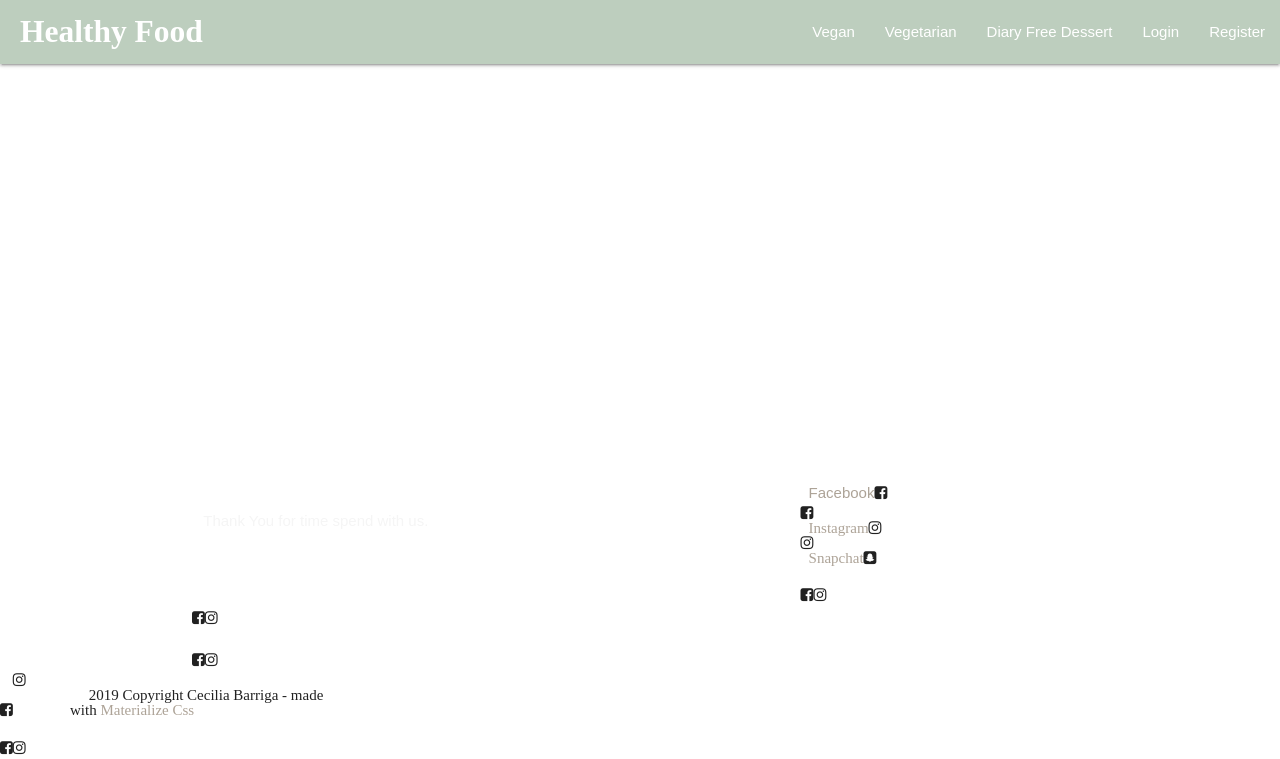
Repository: cesole/cookbook
Page: http://localhost/dessert
The author's editor kept a record of every edit. The page is drawn from the files as they stood at one moment, then again after the next edit.
The browser window is 1280 px wide. The pictures show the whole page.
Some web fonts or font styles are not loaded; a fallback is used. The page is served by the project's application, run on Flask 3 (app.py). Queries for data that is not in the repository find no rows.

Above is the page before.

### templates/dessert.html
{% extends 'base.html'%}
{% block content %}
<div class="container-fluid back">
    <div class="container">
        <div class="row meals">
            {% for meal in meals %}
            {% if meal.category_name == "dessert" %}
            <div class="col s12 m4">
                <div class="card">
                    <div class="card-image">
                        <img src="{{ meal.image }}">
                        <span class="card-title"><strong>{{ meal.dish_name }}</strong></span>
                        <a href="{{url_for('recipe', meal_id=meal._id)}}" class="btn-floating halfway-fab waves-effect waves-light red"><i class="material-icons">info_outline</i></a>
                    </div>

                </div>
            </div>
            {% endif %}
            {% endfor %}
        </div>
    </div>
</div>
{% endblock %}

### templates/base.html
<!DOCTYPE html>
<html lang="en">
<head>
    <meta charset="UTF-8">
    <meta name="viewport" content="width=device-width, initial-scale=1.0">

    <link href="https://fonts.googleapis.com/icon?family=Material+Icons" rel="stylesheet">
    <!-- Compiled and minified CSS -->
    <link rel="stylesheet" href="{{ url_for('static', filename='css/materialize.min.css') }}" type="text/css" />
    <link href="https://stackpath.bootstrapcdn.com/font-awesome/4.7.0/css/font-awesome.min.css" rel="stylesheet" integrity="sha384-wvfXpqpZZVQGK6TAh5PVlGOfQNHSoD2xbE+QkPxCAFlNEevoEH3Sl0sibVcOQVnN" crossorigin="anonymous">
    <link href="https://fonts.googleapis.com/css?family=Beth+Ellen&display=swap" rel="stylesheet">
    <link rel="stylesheet" href="{{ url_for('static', filename='css/style.css') }}" type="text/css" />


    <title>Cookbook</title>
</head>

<body class="container-fluid">
    <nav>
        <div class="nav-wrapper">
            <a href="{{url_for('index')}}" class="brand-logo">Healthy Food</a>
            <a href="#" data-target="mobile-demo" class="sidenav-trigger"><i class="material-icons">menu</i></a>
            <ul class="right hide-on-med-and-down">
                {% if session.username %}
                <li>Hello, {{ session.username }}!</li>
                {% endif %}
                <li><a href="{{url_for('vegan')}}">Vegan</a></li>
                <li><a href="{{url_for('vegetarian')}}">Vegetarian</a></li>
                <li><a href="{{url_for('dessert')}}">Diary Free Dessert</a></li>
                {% if not session.username %}
                <li><a href="{{url_for('login')}}">Login</a></li>
                <li><a href="{{url_for('register')}}">Register</a></li>
                {% else %}
                <li><a href="{{url_for('get_my_recipes')}}">My Recipes</a></li>
                <li><a href="{{url_for('logout')}}">Logout</a></li>
                {% endif %}
            </ul>
        </div>
        <ul class="sidenav" id="mobile-demo">
            {% if session.username %}
            <li>Hello, {{ session.username }}!</li>
            {% endif %}
            <li><a href="{{url_for('vegan')}}">Vegan</a></li>
            <li><a href="{{url_for('vegetarian')}}">Vegetarian</a></li>
            <li><a href="{{url_for('dessert')}}">Diary Free Dessert</a></li>
            {% if not session.username %}
            <li><a href="{{url_for('login')}}">Login</a></li>
            <li><a href="{{url_for('register')}}">Register</a></li>
            {% else %}
            <li><a href="{{url_for('get_my_recipes')}}">My Recipes</a></li>
            <li><a href="{{url_for('logout')}}">Logout</a></li>
            {% endif %}
        </ul>
    </nav>

    <div class="container-fluid">
        <main>{% block content %}{% endblock %}</main>
    </div>

    <footer class="footer">
        <div class="container">
            <div class="row">
                <div class="col l6 s12">
                    <h5 class="white-text">Cooking like Grandma at your own place</h5>
                    <p class="grey-text text-lighten-4">Thank You for time spend with us.</p>
                </div>
                <div class="col l4 offset-l2 s12">
                    <h5 class="white-text">Visit us on :</h5>
                    <ul>
                      <li><a class="social-media" href="https://www.facebook.com/" target=_blank>Facebook</a><i class="fa fa-facebook-square"></li>
                      <li><a class="social-media" href="https://www.instagram.com/" target=_blank>Instagram</a><i class="fa fa-instagram"></li>
                      <li><a class="social-media" href="https://www.snapchat.com/" target=_blank>Snapchat</a><i class="fa fa-snapchat-square"></i></li>
                    </ul>
                </div>
            </div>
        </div>
        <div class="copyright">
            <div class="container">
                <div class="row">
            © 2019 Copyright Cecilia Barriga - made with <a class="orange-text text-lighten-3" href="https://materializecss.com/" target=_blank>Materialize Css</a>
            </div>
            </div>
        </div>
    </footer>


    <script src="https://code.jquery.com/jquery-3.3.1.slim.min.js" integrity="sha384-q8i/X+965DzO0rT7abK41JStQIAqVgRVzpbzo5smXKp4YfRvH+8abtTE1Pi6jizo" crossorigin="anonymous"></script>
    <!-- Compiled and minified JavaScript -->
    <script src="https://cdnjs.cloudflare.com/ajax/libs/materialize/1.0.0/js/materialize.min.js"></script>

    <script>
        $(document).ready(function(){
            $('.sidenav').sidenav();
            $('.parallax').parallax();
            $('.carousel').carousel();
            $('.slider').slider();
            $('select').formSelect();
          });
    </script>

</body>
</html>

### app.py
import os
from flask import Flask, render_template, flash, redirect, request, url_for, session, make_response, current_app
from flask_pymongo import PyMongo
import pymongo
from pymongo import MongoClient
from bson.objectid import ObjectId
import json
from datetime import datetime
from functools import update_wrapper


app = Flask(__name__)
app.config["MONGO_DBNAME"] = 'cook_book'
app.config["MONGO_URI"] = os.getenv('MONGO_URI', 'mongodb://localhost')
app.config['SECRET_KEY'] = "cooking_book"


mongo = PyMongo(app)




@app.route('/')
@app.route('/index')
def index():
    return render_template('index.html')

@app.route('/vegan')
def vegan():
    return render_template('vegan.html',
                            meals=mongo.db.meals.find())

@app.route('/vegetarian')
def vegetarian():
    return render_template('vegetarian.html',
                            meals=mongo.db.meals.find())

@app.route('/dessert')
def dessert():
    return render_template('dessert.html',
                            meals=mongo.db.meals.find())

@app.route('/login', methods=["POST", "GET"])
def login():
    users = mongo.db.users
    login_user = users.find_one({"username" : request.form.get("username", False)})
    if login_user:
        if (request.form['pass']) == login_user['password']:
            session['username'] = request.form['username']
            return redirect(url_for('index'))
        flash('Invalid username/password combination')

    return render_template('login.html')




@app.route('/register', methods=["POST", "GET"])
def register():
    if request.method == "POST":
        users = mongo.db.users
        existing_user = users.find_one({"username" : request.form['username']})
        if existing_user is None:
            users.insert({'username' : request.form['username'],
                            'password' : request.form['pass']
            })
            session['username'] = request.form['username']
            return redirect(url_for('index'))
        flash("Username already exist! Try again!")
    return render_template('register.html')


@app.route('/get_my_recipes', methods=['GET', 'POST'])
def get_my_recipes():
    if not 'username' in session:
        return redirect('/login')
    else:
        meals = mongo.db.meals.find()
        return render_template('user_recipes.html',
                           user=session['username'],
                        meals=meals)

@app.route('/add_recipe')
def add_recipe():
    return render_template('add_recipe.html',
                            categories=mongo.db.categories.find(),
                            meals=mongo.db.meals.find())


@app.route('/insert_recipe', methods=['POST'])
def insert_recipe():
    meals =  mongo.db.meals
    meals.insert_one(request.form.to_dict())
    return render_template('user_recipes.html',
    categories=mongo.db.categories.find(),
                            meals=mongo.db.meals.find())


@app.route('/delete_recipe/<meal_id>')
def delete_recipe(meal_id):
    mongo.db.meals.remove({'_id': ObjectId(meal_id)})
    return redirect(url_for('get_my_recipes'))


@app.route('/edit_recipe/<meal_id>')
def edit_recipe(meal_id):
    the_meal =  mongo.db.meals.find_one({"_id": ObjectId(meal_id)})
    all_categories =  mongo.db.categories.find()
    return render_template('edit_recipe.html', meal=the_meal,
                           categories=all_categories)


@app.route('/update_recipe/<meal_id>', methods=["POST"])
def update_recipe(meal_id):
    meals = mongo.db.meals
    meals.update( {'_id': ObjectId(meal_id)},
    {
        'dish_name':request.form.get('dish_name'),
        'category_name':request.form.get('category_name'),
        'dish_description': request.form.get('dish_description'),
        'ingredient_one': request.form.get('ingredient_one'),
        'ingredient_two': request.form.get('ingredient_two'),
        'ingredient_three': request.form.get('ingredient_three'),
        'ingredient_four': request.form.get('ingredient_four'),
        'ingredient_five': request.form.get('ingredient_five'),
        'ingredient_six': request.form.get('ingredient_six'),
        'step_one': request.form.get('step_one'),
        'step_two': request.form.get('step_two'),
        'step_three': request.form.get('step_three'),
        'step_four': request.form.get('step_four'),
        'step_five': request.form.get('step_five'),
        'step_six': request.form.get('step_six'),
        'image': request.form.get('image'),
        'cook_time': request.form.get('cook_time'),
        'prep_time': request.form.get('prep_time'),
        'author': request.form.get('author')
    })
    return redirect(url_for('get_my_recipes'))



@app.route('/logout')
def logout():
    session.clear()
    return redirect(url_for('index'))

@app.route('/recipe/<meal_id>', methods=['GET', 'POST'])
def recipe(meal_id):
    the_meal =  mongo.db.meals.find_one({"_id": ObjectId(meal_id)})
    return render_template('recipe.html', meal=the_meal)


if __name__ == '__main__':
    app.run(host=os.environ.get('IP'),
            port=int(os.environ.get('PORT')),
            debug=True)

### static/css/style.css
#index {
    color: #878f99;
    text-align: center;
}

nav .nav-wrapper {
    position: relative;
    height: 100%;
    background-color: #bdcebe !important;
    color: white;
}

.index-container {
    margin-left: 30px;
    color: #878f99;
}

.brand-logo {
    font-family: 'Londrina Outline', cursive;
    font-weight: bold;
    margin-left: 20px;
}

html {
    font-family: 'Livvic', sans-serif;
}

.description {
    font-size: 1.5rem;
}

main {
    min-height: 50vh;
}

form {
    margin-top: 50px;
}

.meals {
    padding-top: 50px;
}

span.card-title {
    background-color: #d68d057a;
    width: 100%;
    padding: 10px !important;
}

.card-content {
    height: 100px;
}

/* Caption styles */

.caption {
    background-color: rgba(0, 0, 0, 0.1);
}

/* parallax styles */
.grey-text.text-darken-3 {
    color: white !important;
    text-align: center;
}

.white {
    color: #878f99;
    text-align: center;
}

.header {
    color: #878f99;
    text-align: center;
}


.brown-text {
    color: #bdaa93 !important;
}


/* end of style */



/* end of styles */

.input-field label {
    color: black;
}

.input-field input[type=text],
.input-field input[type=password],
.input-field input[type=email]{
    border-bottom: 1px solid black;
    box-shadow: 0 1px 0 0 black;
}

.switch label {
    color: black;
}

textarea.materialize-textarea {
    border-bottom: 1px solid black;
    box-shadow: 0 1px 0 0 black;
}

label.active {
    color: #000000 !important;
    font-size: 18px !important;
}


.page-footer {
    padding-top: 20px;
    color: #fff;
    background-color: #bdcebe !important;
}

img.responsive-img {
    max-width: 70%;
    height: auto;
}


.title-image {
    background-image: url('static/images/background.jpg');
}

.flashes {
    text-align: center;
    font-size: 2rem;
}


.orange-text.text-lighten-3 {
    color: #ada397 !important;
}

.social-media {
    color: #ada397;
    margin-left: 8px;
}


/* MEDIA STYLE */

@media (max-width: 768px) {
    nav .brand-logo {
        font-size: 1rem;
    }
}

Loaded but not shown: static/css/materialize.min.css (library)

After the next edit:
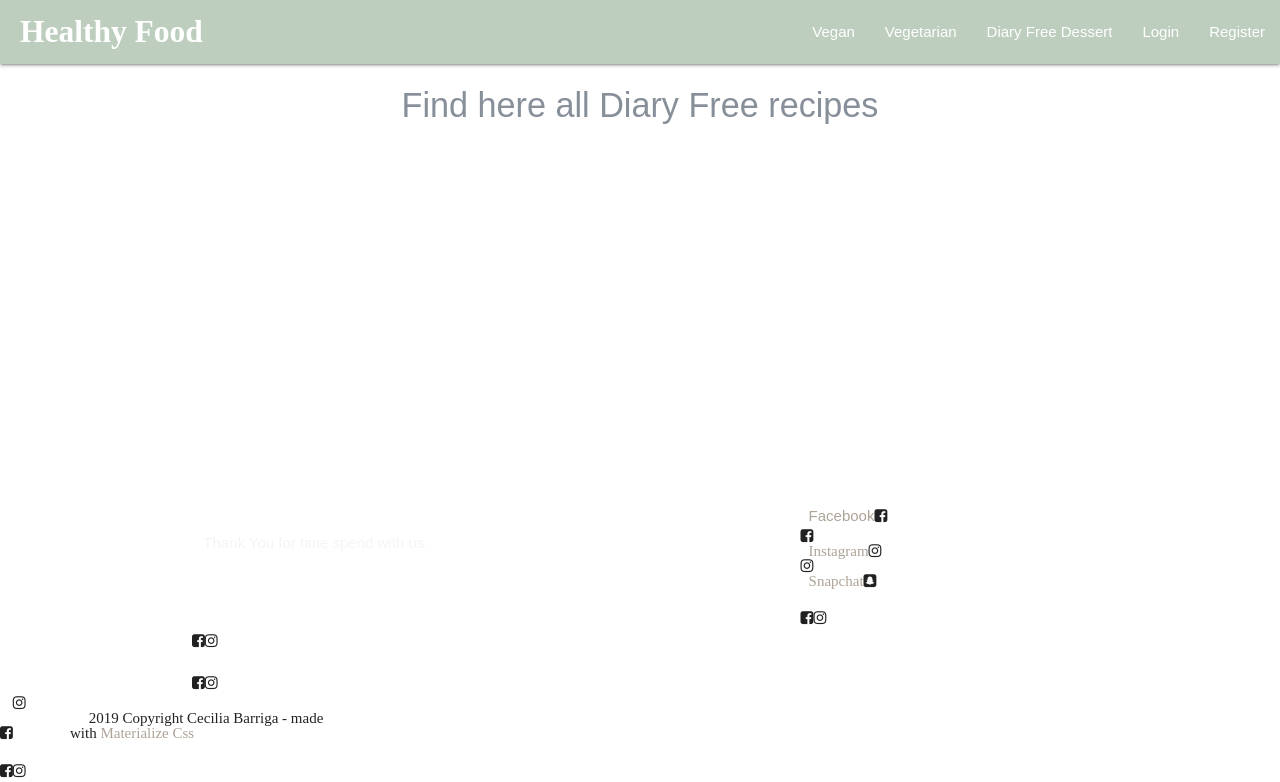
The edit:
--- a/templates/dessert.html
+++ b/templates/dessert.html
@@ -2,6 +2,9 @@
 {% block content %}
 <div class="container-fluid back">
     <div class="container">
+        <div class="row header">
+            <h4>Find here all Diary Free recipes</h4>
+        </div>
         <div class="row meals">
             {% for meal in meals %}
             {% if meal.category_name == "dessert" %}
